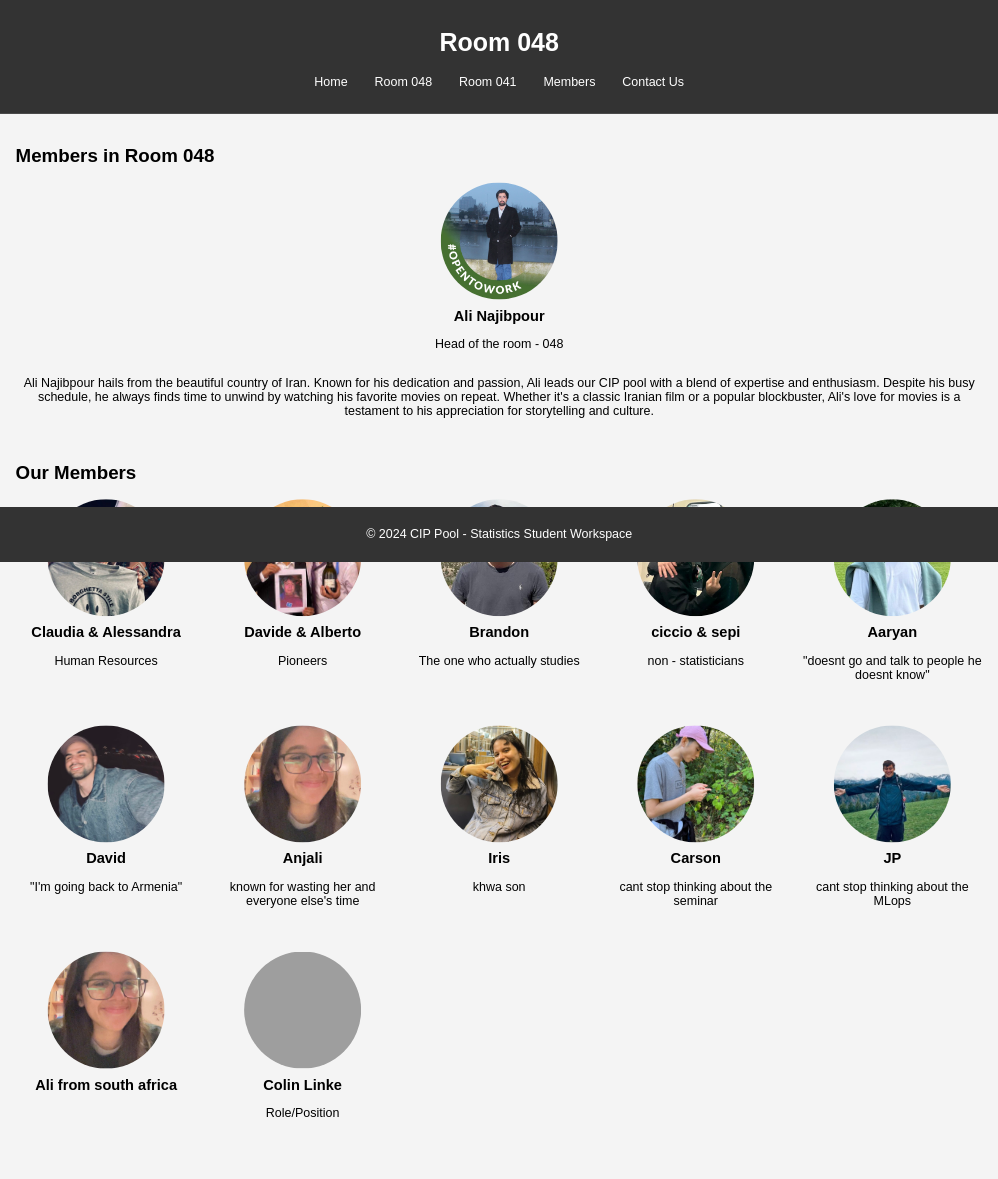
Repository: anjalisarawgi/cip_website
Page: room_048.html
These files come from the project's save history. The page is drawn as it stood at one moment and after the next save; the edit follows.
The browser window is 1280 px wide. The pictures show the whole page, at 78% of full size.
Pictures or frames that could not be fetched are drawn as grey boxes.

Above is the page before, as saved 2024-06-14 14:24:07.

### room_048.html
<!DOCTYPE html>
<html lang="en">
<head>
    <meta charset="UTF-8">
    <meta name="viewport" content="width=device-width, initial-scale=1.0">
    <title>Room 048 - CIP Pool</title>
    <link rel="stylesheet" href="styles.css">
</head>
<body>
    <header>
        <h1>Room 048</h1>
        <nav>
            <ul>
                <li><a href="index.html">Home</a></li>
                <li><a href="room_048.html">Room 048</a></li>
                <li><a href="room_041.html">Room 041</a></li>
                <li><a href="members.html">Members</a></li>
                <li><a href="contact.html">Contact Us</a></li>
            </ul>
        </nav>
    </header>
    <main>
        <section>
            <h2>Members in Room 048</h2>
            <div class="members-grid">
                <div class="member">
                    <img src="images/ali.jpeg" alt="Ali Najibpour" class="member-photo">
                    <div class="member-info">
                        <h3>Ali Najibpour</h3>
                        <p>Head of the room - 048</p>
                        <p>Ali Najibpour hails from the beautiful country of Iran. Known for his dedication and passion, Ali leads our CIP pool with a blend of expertise and enthusiasm. Despite his busy schedule, he always finds time to unwind by watching his favorite movies on repeat. Whether it's a classic Iranian film or a popular blockbuster, Ali's love for movies is a testament to his appreciation for storytelling and culture.</p>
                    </div>
                </div>
            </div>
        </section>
        <section>
            <h2>Our Members</h2>
            <div class="members-grid">
                <div class="member">
                    <img src="images/claudia_alessandra.jpeg" alt="Claudia & Alessandra" class="member-photo">
                    <div class="member-info">
                        <h3>Claudia & Alessandra</h3>
                        <p>Human Resources</p>
                    </div>
                </div>
                <div class="member">
                    <img src="images/davide_alberto.jpeg" alt="Davide & Alberto" class="member-photo">
                    <div class="member-info">
                        <h3>Davide & Alberto</h3>
                        <p>Pioneers</p>
                    </div>
                </div>
                <div class="member">
                    <img src="images/brandon.jpeg" alt="Brandon" class="member-photo">
                    <div class="member-info">
                        <h3>Brandon</h3>
                        <p>The one who actually studies</p>
                    </div>
                </div>
                <div class="member">
                    <img src="images/francesco_giuseppe.jpeg" alt="Francesco & Giuseppe" class="member-photo">
                    <div class="member-info">
                        <h3>ciccio & sepi</h3>
                        <!-- <p><em>ciccio & sepi</em></p> -->
                        <p>non - statisticians </p>
                    </div>
                </div>
                <div class="member">
                    <img src="images/aaryan.jpg" alt="aaryan" class="member-photo">
                    <div class="member-info">
                        <h3>Aaryan</h3>
                        <p>"doesnt go and talk to people he doesnt know"</p>
                    </div>
                </div>
                <div class="member">
                    <img src="images/david.jpg" alt="david" class="member-photo">
                    <div class="member-info">
                        <h3>David</h3>
                        <p>"I'm going back to Armenia"</p>
                    </div>
                </div>
                <div class="member">
                    <img src="images/anjali.jpeg" alt="anjali" class="member-photo">
                    <div class="member-info">
                        <h3>Anjali</h3>
                        <p>known for wasting her and everyone else's time</p>
                    </div>
                </div>
                <div class="member">
                    <img src="images/iris.jpg" alt="iris" class="member-photo">
                    <div class="member-info">
                        <h3>Iris</h3>
                        <p>khwa son</p>
                    </div>
                </div>
                <div class="member">
                    <img src="images/carson.jpg" alt="carson" class="member-photo">
                    <div class="member-info">
                        <h3>Carson</h3>
                        <p>cant stop thinking about the seminar</p>
                    </div>
                </div>
                <div class="member">
                    <img src="images/jp.jpg" alt="jp" class="member-photo">
                    <div class="member-info">
                        <h3>JP</h3>
                        <p>cant stop thinking about the MLops</p>
                    </div>
                </div>
                <div class="member">
                    <img src="images/anjali.jpeg" alt="anjali" class="member-photo">
                    <div class="member-info">
                        <h3>Ali from south africa</h3>
                        <p></p>
                    </div>
                </div>
                <div class="member">
                    <img src="images/member5.jpeg" alt="Member 5" class="member-photo">
                    <div class="member-info">
                        <h3>Colin Linke</h3>
                        <p>Role/Position</p>
                    </div>
                </div>
            </div>
        </section>
    </main>
    <footer>
        <p>&copy; 2024 CIP Pool - Statistics Student Workspace</p>
    </footer>
</body>
</html>

### styles.css
body {
    font-family: Arial, sans-serif;
    margin: 0;
    padding: 0;
    background-color: #f4f4f4;
}

header {
    background-color: #333;
    color: white;
    padding: 1em 0;
    text-align: center;
}

nav ul {
    list-style-type: none;
    padding: 0;
}

nav ul li {
    display: inline;
    margin: 0 15px;
}

nav ul li a {
    color: white;
    text-decoration: none;
}

main {
    padding: 20px;
}

footer {
    background-color: #333;
    color: white;
    text-align: center;
    padding: 10px 0;
    position: fixed;
    bottom: 0;
    width: 100%;
}

section {
    margin-bottom: 20px;
}

.member {
    display: flex;
    align-items: center;
    margin-bottom: 20px;
}

.member-photo {
    border-radius: 50%;
    width: 150px;
    height: 150px;
    object-fit: cover;
    margin-bottom: 10px;
}


.member-info {
    display: flex;
    flex-direction: column;
}

.member-info h3 {
    margin: 0;
}

.members-grid {
    display: grid;
    grid-template-columns: repeat(auto-fit, minmax(200px, 1fr));
    gap: 20px;
}

.members-grid .member {
    flex-direction: column;
    align-items: center;
    text-align: center;
}

.members-grid .member-photo {
    width: 150px;
    height: 150px;
    margin-bottom: 10px;
}

.members-grid .member-info {
    align-items: center;
}

After the next save:
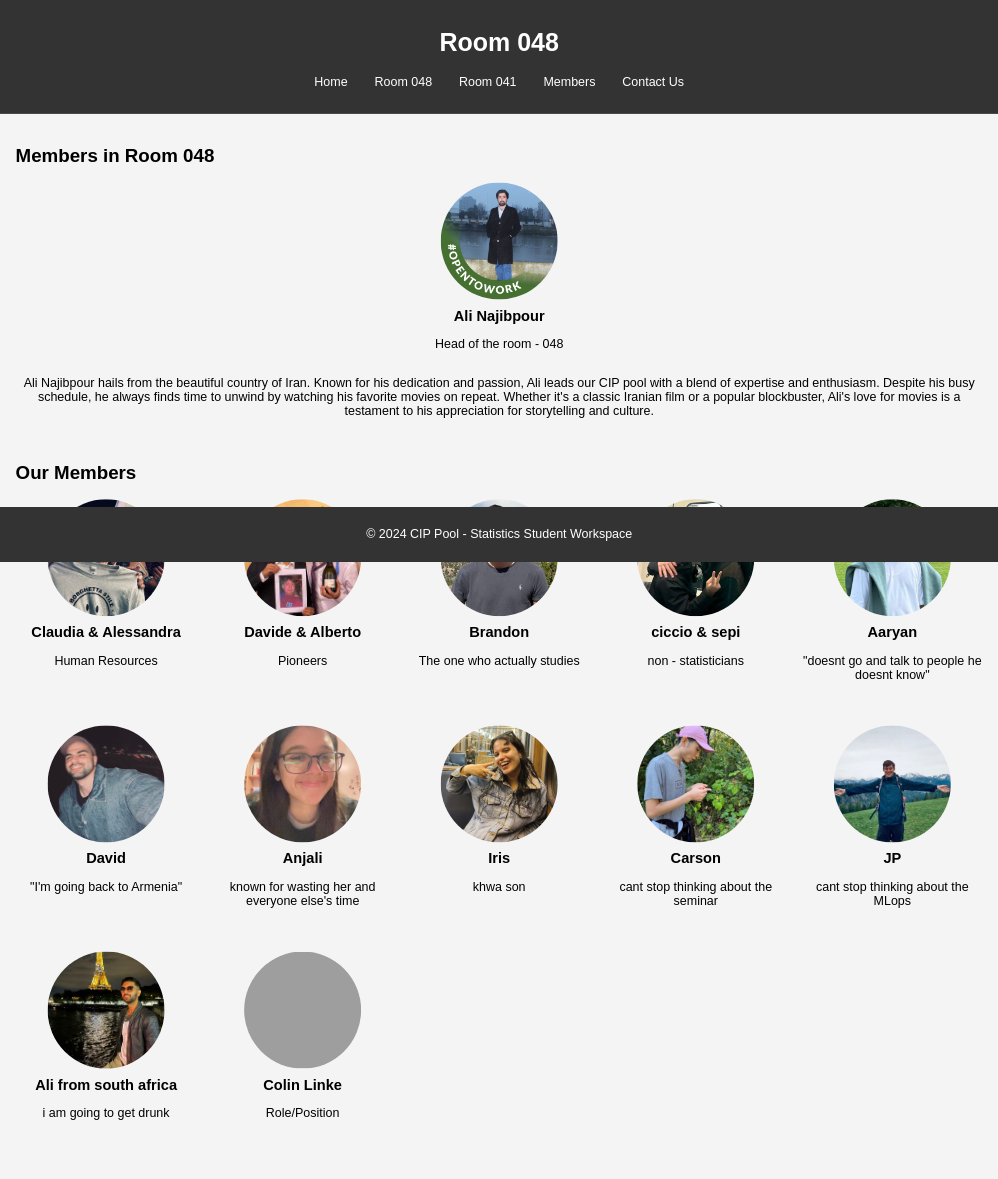
Saved 2 min 28 s later.
--- a/room_048.html
+++ b/room_048.html
@@ -108,10 +108,10 @@
                     </div>
                 </div>
                 <div class="member">
-                    <img src="images/anjali.jpeg" alt="anjali" class="member-photo">
+                    <img src="images/ali_parker.jpg" alt="anjali" class="member-photo">
                     <div class="member-info">
                         <h3>Ali from south africa</h3>
-                        <p></p>
+                        <p>i am going to get drunk</p>
                     </div>
                 </div>
                 <div class="member">
